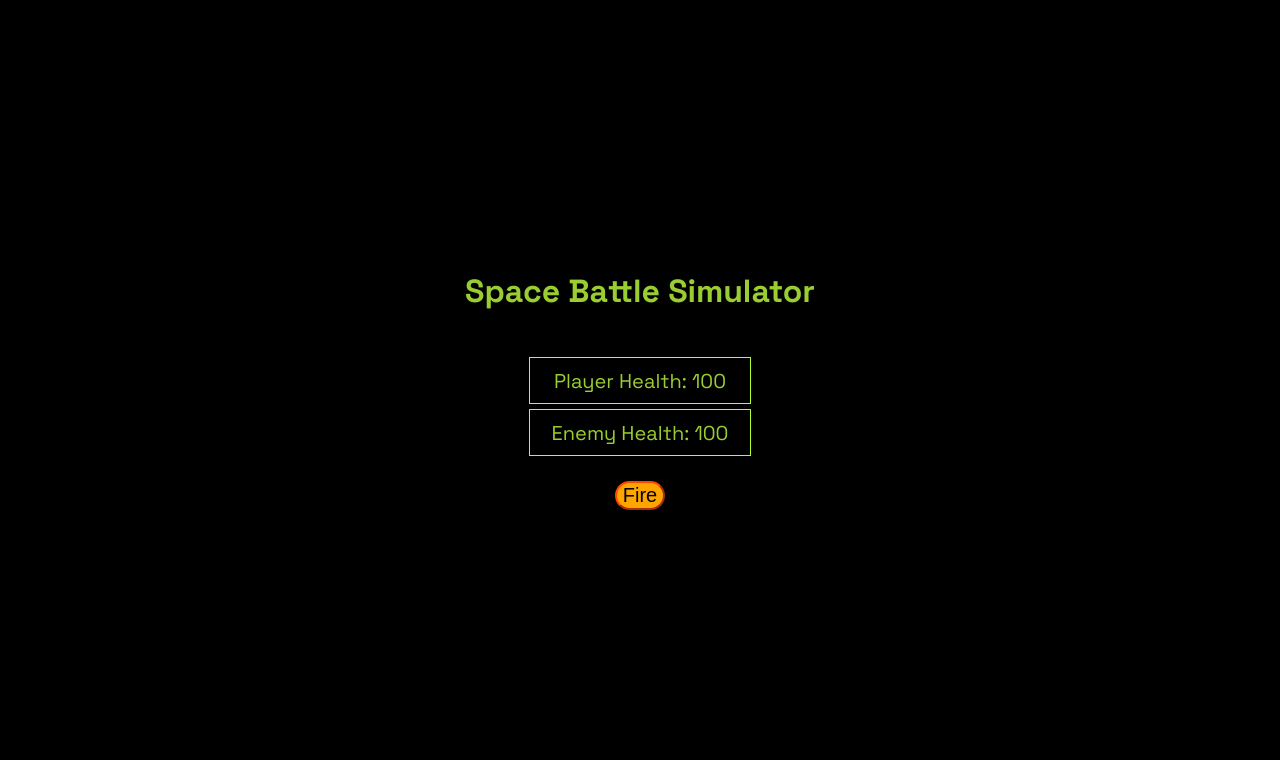
Repository: rmdayberry/Space-Battle
Page: /
The author's editor kept a copy of each file at every save. The page is drawn from the files as they stood at one save, then again after the next save.
The browser window is 1280 px wide. The pictures show the whole page.
The project was rebuilt for these pictures with package versions that can differ from the ones it lists, and the page was loaded fresh each time. Also part of the build but not shown: vite.config.js, src/App.css.

Above is the page before, as saved 2024-08-24 10:58:48.

### index.html
<!DOCTYPE html>
<html lang="en">
  <head>
    <meta charset="UTF-8" />
    <link rel="icon" type="image/svg+xml" href="/vite.svg" />
    <meta name="viewport" content="width=device-width, initial-scale=1.0" />
    <title>Space Battle</title>
  </head>
  <body>
    <div id="root"></div>
    <script type="module" src="/src/main.jsx"></script>
  </body>
</html>

### src/App.jsx
import { useState } from "react";
import "./App.css";
import "./index.css";
import Health from "./Health";
import GameController from "./GameController";

function App() {
  const [playerHealth, setPlayerHealth] = useState(100);
  const [enemyHealth, setEnemyHealth] = useState(100);
  const [gameStatus, setGameStatus] = useState("playing");

  const handleFire = (playerDamage, enemyDamage) => {
    const newPlayerHealth = Math.max(playerHealth - playerDamage, 0);
    const newEnemyHealth = Math.max(enemyHealth - enemyDamage, 0);

    setPlayerHealth(newPlayerHealth);
    setEnemyHealth(newEnemyHealth);

    if (newPlayerHealth === 0 && newEnemyHealth === 0) {
      setGameStatus("draw");
    } else if (newPlayerHealth === 0) {
      setGameStatus("loss");
    } else if (newEnemyHealth === 0) {
      setGameStatus("win");
    }
  };

  const handleRestart = () => {
    setPlayerHealth(100);
    setEnemyHealth(100);
    setGameStatus("playing");
  };
  return (
    <div>
      <h1>Space Battle Simulator</h1>
      <Health playerHealth={playerHealth} enemyHealth={enemyHealth} />
      <GameController
        gameStatus={gameStatus}
        onFire={handleFire}
        onRestart={handleRestart}
      />
    </div>
  );
}

export default App;

### src/index.css
@import url("https://fonts.googleapis.com/css2?family=Space+Grotesk:wght@300..700&display=swap");

body {
  background-color: black;
  font-family: "Space Grotesk", sans-serif;
  color: yellowgreen;
  margin: 0;
  padding: 20px;
  display: flex;
  justify-content: center;
  align-items: center;
  height: 100vh;
}

#root {
  text-align: center;
}

### src/Health.jsx
import React from "react";
import "./Health.css";

function Health({ playerHealth, enemyHealth }) {
  return (
    <div className="health-display">
      <p className="player-health">Player Health: {playerHealth}</p>
      <p className="enemy-health">Enemy Health: {enemyHealth}</p>
    </div>
  );
}

export default Health;

### src/GameController.jsx
import React from "react";
import "./GameController.css";

function GameController({ gameStatus, onFire, onRestart }) {
  const handleFireClick = () => {
    const playerDamage = Math.floor(Math.random() * 10) + 1;
    const enemyDamage = Math.floor(Math.random() * 10) + 1;

    onFire(playerDamage, enemyDamage);
  };
  return (
    <div>
      {gameStatus === "playing" && (
        <button onClick={handleFireClick}>Fire</button>
      )}
      {gameStatus !== "playing" && <button onClick={onRestart}>Restart</button>}
      {gameStatus !== "playing" && <p>{gameStatus.toUpperCase()}!</p>}
    </div>
  );
}

export default GameController;

### src/Health.css
.health-display {
  margin: 20px 0;
  display: inline-block;
  justify-content: space-around;
}
.health-display p {
  font-size: 20px;
  margin: 5px 0;
}
.player-health {
  border: 1px solid greenyellow;
  padding: 10px;
  width: 200px;
  height: 25px;
  display: flex;
  align-items: center;
  justify-content: center;
  font-size: 20px;
  text-align: left;
}
.enemy-health {
  border: 1px solid greenyellow;
  padding: 10px;
  width: 200px;
  height: 25px;
  display: flex;
  align-items: center;
  justify-content: center;
  font-size: 20px;
  text-align: left;
}

### src/GameController.css
button {
  background-color: orange;
  border-color: orangered;
  border-radius: 20px;
  text-align: center;
  font-size: 20px;
}

Loaded but not shown: src/main.jsx (common file)

After the next save:
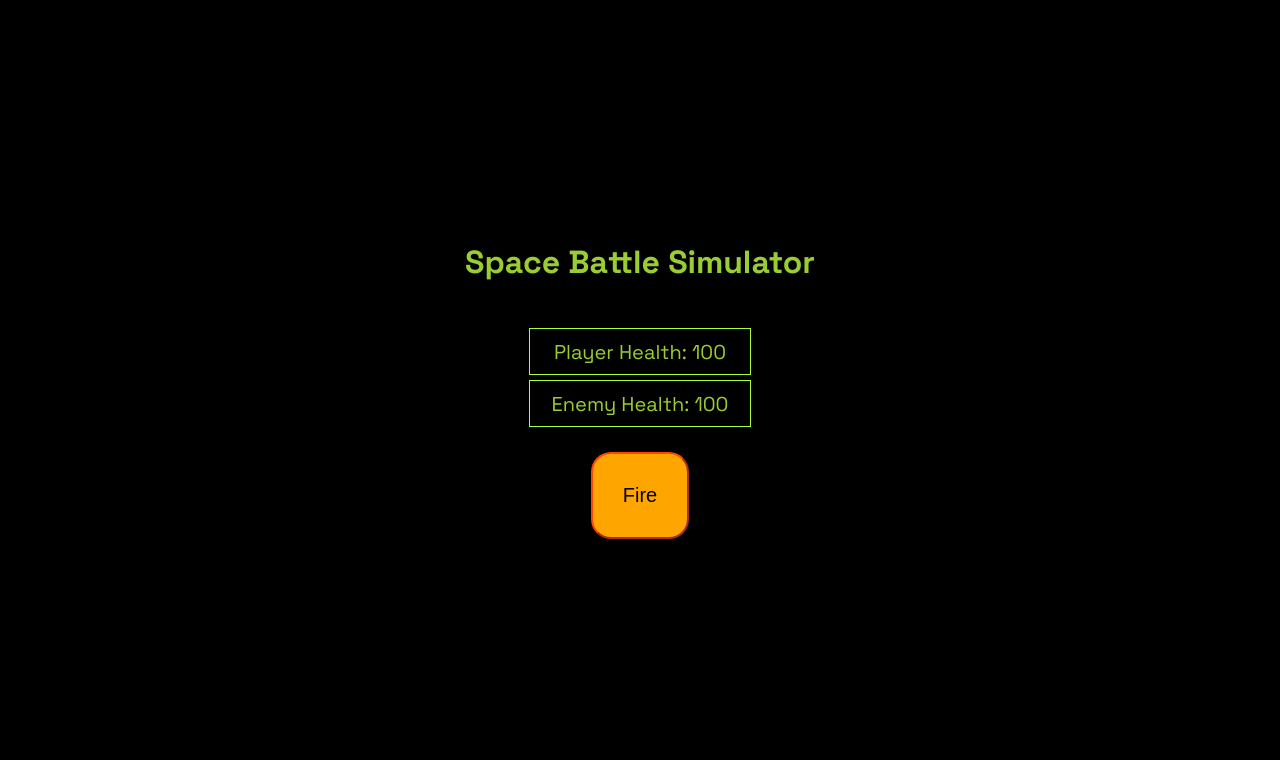
Saved 17 s later.
--- a/src/GameController.css
+++ b/src/GameController.css
@@ -4,4 +4,5 @@ button {
   border-radius: 20px;
   text-align: center;
   font-size: 20px;
+  padding: 30px;
 }
